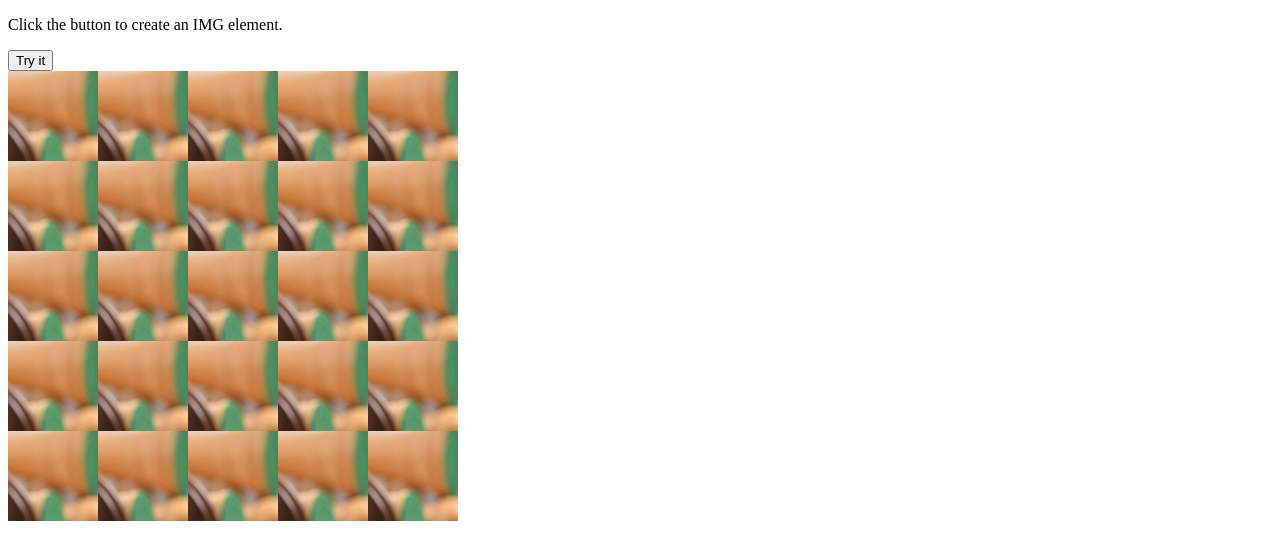
Repository: rashmikagamage/puzzle-vanila-js
Page: index.html
These files come from the project's save history. The page is drawn as it stood at one moment and after the next save; the edit follows.
The browser window is 1280 px wide. The pictures show the whole page.
After loading, the first visible `button` was clicked once.

Above is the page before, as saved 2020-08-05 22:01:04.

After the next save:
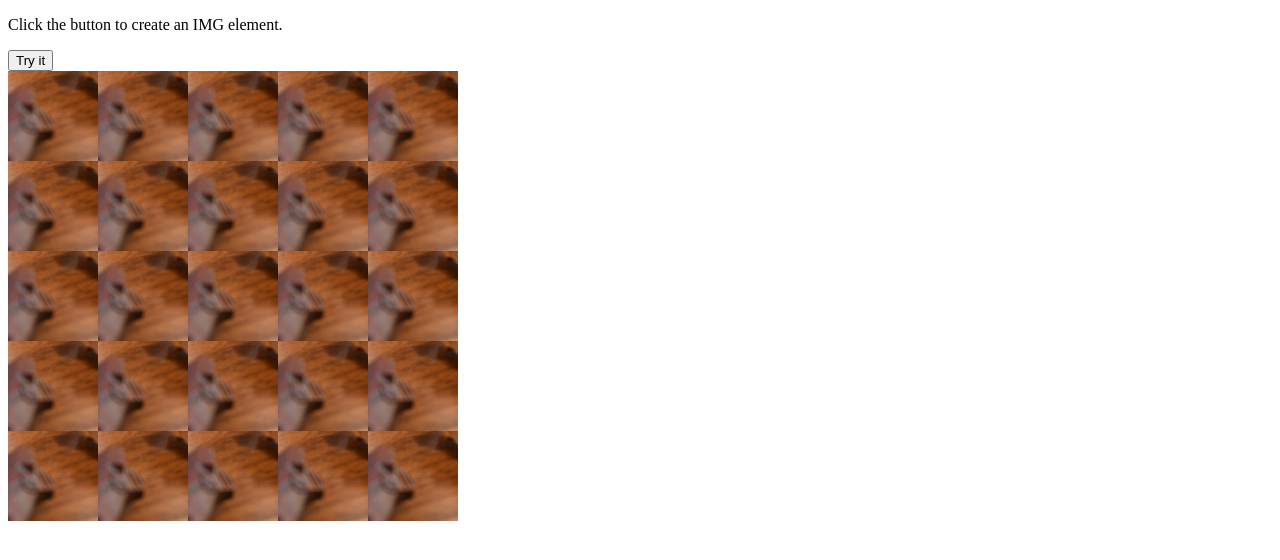
Saved 29 s later.
--- a/function.js
+++ b/function.js
@@ -26,7 +26,7 @@
             x.style.width = cellSize;
             x.style.height = cellSize;
             x.style.backgroundImage = "url('./chess.jpg')"
-            x.style.backgroundPosition = "270px 0px" //xPosition + "% " + yPosition + "%"
+            x.style.backgroundPosition = "270px 90px" //xPosition + "% " + yPosition + "%"
             x.id = "img" + idCount;
             document.getElementById("imgContainer").appendChild(x);
             // yPosition = yPosition + (100/num);
